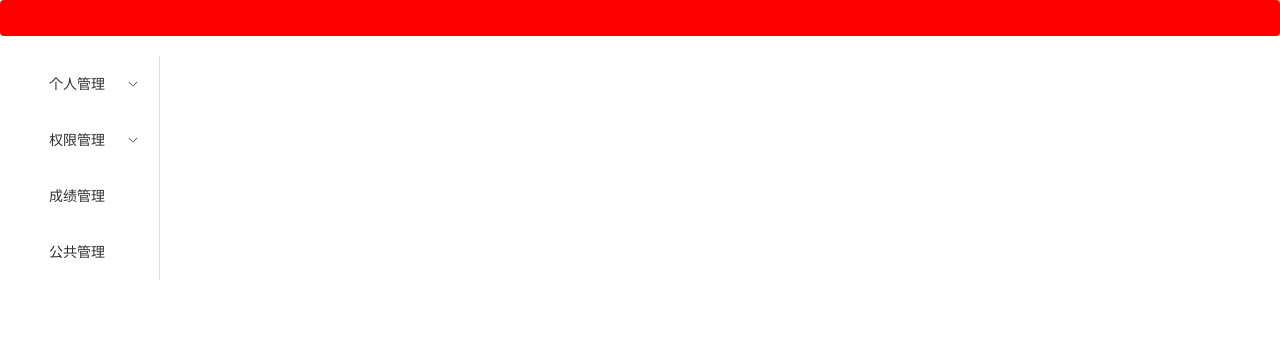
Repository: songlin-q/EducationalAdministrationSysTem
Page: /Reedit (app in EducationalAdministrationSystemUI/educationsystem/)
These files come from the project's save history. The page is drawn as it stood at one moment and after a run of saves; the edit follows.
The browser window is 1280 px wide. The pictures show the whole page.
The project was rebuilt for these pictures with package versions that can differ from the ones it lists, and the page was loaded fresh each time. Also part of the build but not shown: EducationalAdministrationSystemUI/educationsystem/vue.config.js, EducationalAdministrationSystemUI/educationsystem/src/components/HelloWorld.vue, EducationalAdministrationSystemUI/educationsystem/src/components/Identity/IdentityCode.vue, EducationalAdministrationSystemUI/educationsystem/src/components/Identity/IdentityCode2.vue, EducationalAdministrationSystemUI/educationsystem/src/components/MainOne.vue.

Above is the page before, as saved 2022-05-24 11:48:58.

After the next 2 saves:
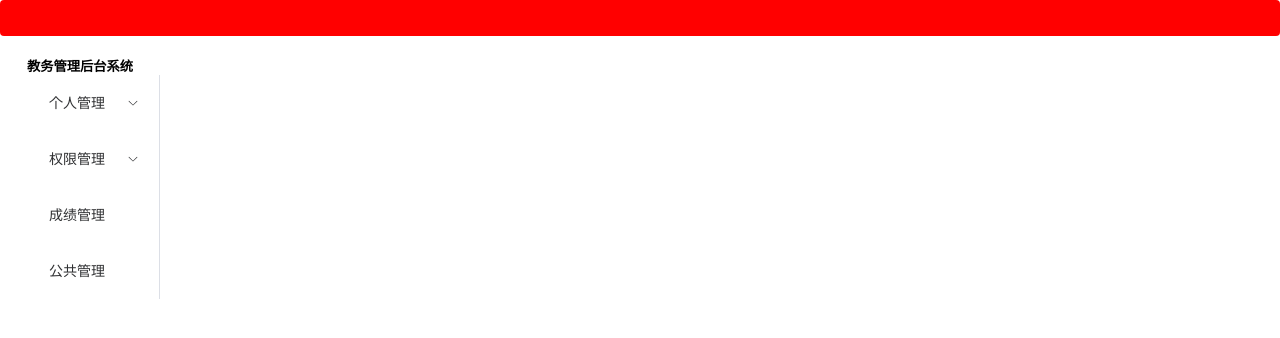
The 2 saves are shown as one change because they came seconds apart.
The last was saved 7 s later.
--- a/EducationalAdministrationSystemUI/educationsystem/src/components/MainInfo.vue
+++ b/EducationalAdministrationSystemUI/educationsystem/src/components/MainInfo.vue
@@ -1,12 +1,12 @@
 <template>
   <el-row>
     <el-col :span="24"
-      ><div class="grid-content bg-purple-dark" style="background-color: red">
-       </div></el-col
-    >
+      ><div class="grid-content bg-purple-dark" style="background-color: red"
+    /></el-col>
   </el-row>
   <el-row class="tac">
     <el-col :span="3">
+      <h5 class="mb-2">教务管理后台系统</h5>
       <el-menu
         default-active="2"
         class="el-menu-vertical-demo"

After the save that followed:
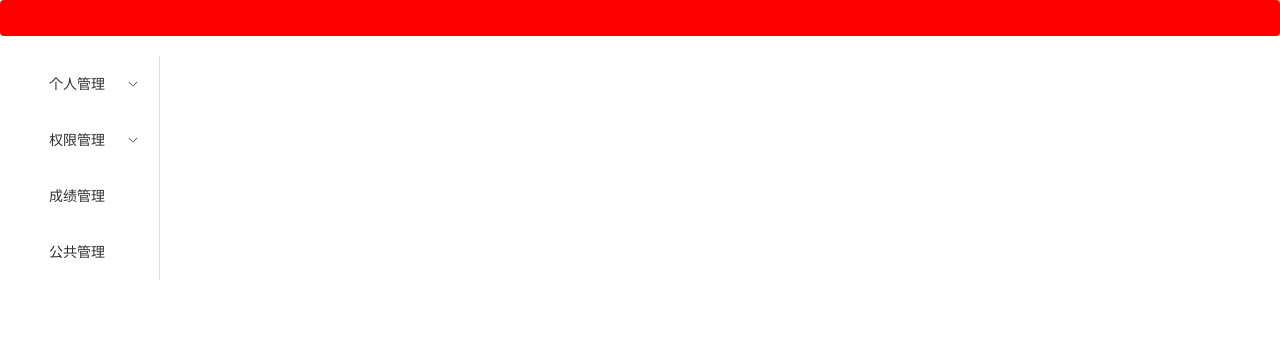
Saved 10 s later.
--- a/EducationalAdministrationSystemUI/educationsystem/src/components/MainInfo.vue
+++ b/EducationalAdministrationSystemUI/educationsystem/src/components/MainInfo.vue
@@ -6,7 +6,7 @@
   </el-row>
   <el-row class="tac">
     <el-col :span="3">
-      <h5 class="mb-2">教务管理后台系统</h5>
+      <!-- <h5 class="mb-2">教务管理后台系统</h5> -->
       <el-menu
         default-active="2"
         class="el-menu-vertical-demo"
